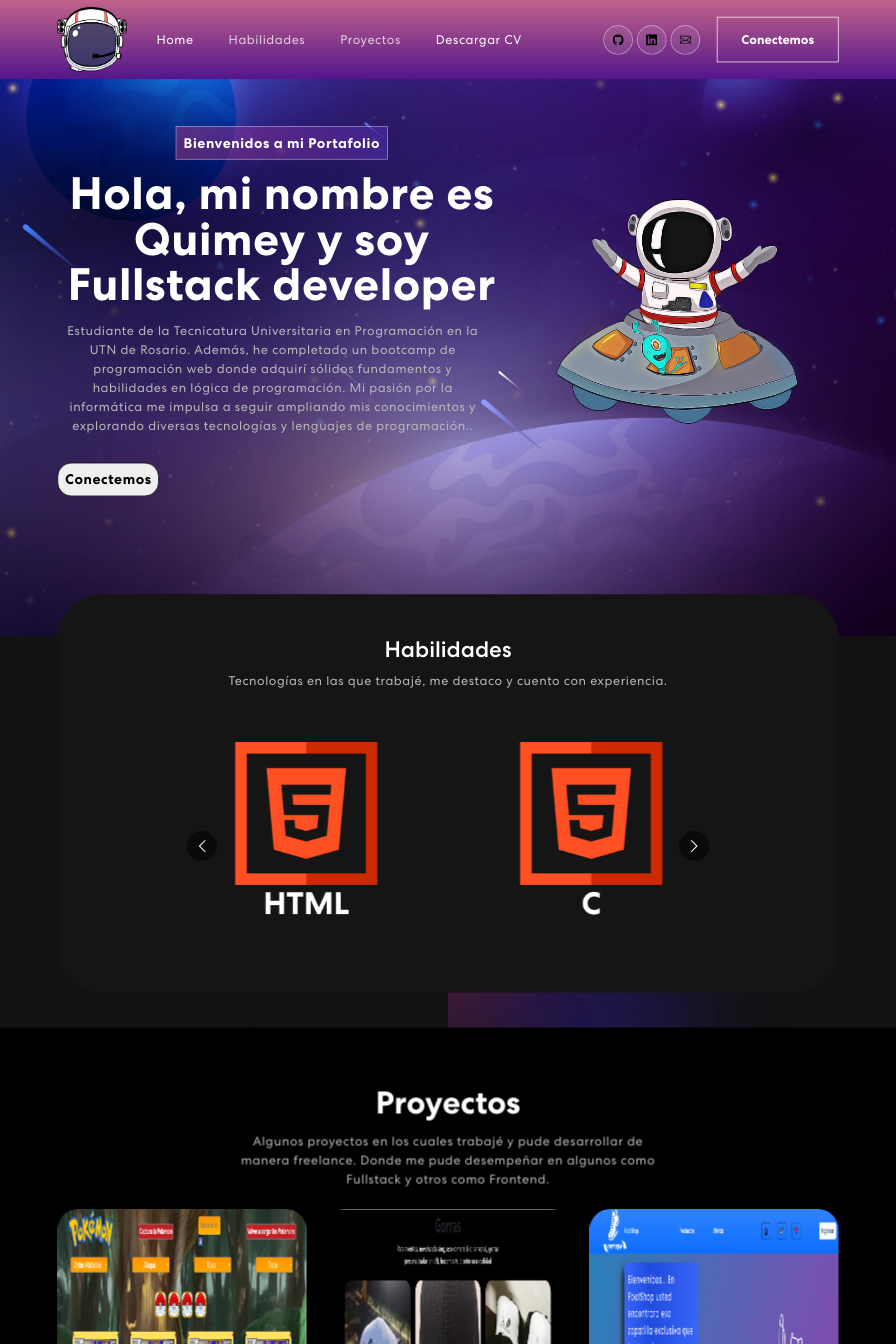
Repository: QuimeyAlejo/Portafolio-V2
Page: /
The author's editor kept a copy of each file at every save. The page is drawn from the files as they stood at one save, then again after the next save.
The browser window is 1280 px wide. The pictures show the part of the page from y = 0 to 1920 px (the page is 3204 px tall), at 70% of full size.
The project was rebuilt for these pictures with package versions that can differ from the ones it lists, and the page was loaded fresh each time. Imported but missing from the stored project, and not drawn on this page: src/components/Curriculum/QuimeyAlejoLopezDeveloper.pdf.

Above is the page before, as saved 2024-04-29 10:58:51.

### public/index.html
<!DOCTYPE html>
<html lang="en">
  <head>
    <meta charset="utf-8" />
    <link rel="icon" href="/gsd.png" />
    <meta name="viewport" content="width=device-width, initial-scale=1" />
    <meta name="theme-color" content="#000000" />
    <meta
      name="description"
      content="Web site created using create-react-app"
    />
    <link rel="apple-touch-icon" href="/gsd.png" />
    <!--
      manifest.json provides metadata used when your web app is installed on a
      user's mobile device or desktop. See https://developers.google.com/web/fundamentals/web-app-manifest/
    -->
    <link rel="manifest" href="%PUBLIC_URL%/manifest.json" />
    <!--
      Notice the use of %PUBLIC_URL% in the tags above.
      It will be replaced with the URL of the `public` folder during the build.
      Only files inside the `public` folder can be referenced from the HTML.

      Unlike "/favicon.ico" or "favicon.ico", "%PUBLIC_URL%/favicon.ico" will
      work correctly both with client-side routing and a non-root public URL.
      Learn how to configure a non-root public URL by running `npm run build`.
    -->
    <title>Quimey Alejo Lopez</title>
  </head>
  <body>
    <noscript>You need to enable JavaScript to run this app.</noscript>
    <div id="root"></div>
    <!--
      This HTML file is a template.
      If you open it directly in the browser, you will see an empty page.

      You can add webfonts, meta tags, or analytics to this file.
      The build step will place the bundled scripts into the <body> tag.

      To begin the development, run `npm start` or `yarn start`.
      To create a production bundle, use `npm run build` or `yarn build`.
    -->
  </body>
</html>

### src/pages/Home.jsx
import React from 'react'
import NavBar from '../components/NavBar/NavBar'
import Banner from '../components/Banner/Banner'
import Skills from '../components/Skills/Skills'
import Projects from '../components/Projects/Projects'
import Contact from '../components/Contact/Contact'
import Footer from '../components/Footer/Footer'

function Home() {
  return (
    <div>
        <NavBar/>
        <Banner />
        <Skills />
        <Projects />
        <Contact />
        <Footer />
    </div>
  )
}

export default Home

### src/components/NavBar/NavBar.jsx
import React, {useState, useEffect} from 'react';
import Container from 'react-bootstrap/Container';
import Nav from 'react-bootstrap/Nav';
import Navbar from 'react-bootstrap/Navbar';
import logo from '../../assets/img/logo.png';
import logogith from '../../assets/img/github.svg'
import logolink from '../../assets/img/linkedin.svg'
import logomail from '../../assets/img/envelope.svg'
import CV from '../Curriculum/QuimeyAlejoLopezDeveloper.pdf'



function NavBar() {

    const [activeLink, setActiveLink] = useState('home');
    const [scrolled, setScrolled] = useState(false)

    useEffect(() => {
        if (window.scrollY > 50) {
            setScrolled(true)
        }else{
            setScrolled(false)
        }

        window.addEventListener('scroll', onscroll)
        return () => window.removeEventListener('scroll', onscroll)
    }, [])

    const onUpdateActiveLink = (value) => {
        setActiveLink(value);
    }

  return (
    <Navbar expand="lg" className={scrolled ? 'scrolled' : '' }>
      <Container>
        <Navbar.Brand href="#home">
            <img className='imgLogo' src={logo} alt='logo'/>
        </Navbar.Brand>
        <Navbar.Toggle aria-controls="basic-navbar-nav">
            <span className='navbar-toggler-icon'></span>
        </Navbar.Toggle>
        <Navbar.Collapse id="basic-navbar-nav">
          <Nav className="me-auto">
          <Nav.Link href="#home" className={activeLink === 'home' ? 'active navbar-link' : 'navbar-link'} onClick={() => onUpdateActiveLink('home')}>Home</Nav.Link>
            <Nav.Link href="#skills" className={activeLink === 'skills' ? 'active navbar-link' : 'navbar-link'} onClick={() => onUpdateActiveLink('skills')}>Habilidades</Nav.Link>
            <Nav.Link href="#projects" className={activeLink === 'projects' ? 'active navbar-link' : 'navbar-link'} onClick={() => onUpdateActiveLink('projects')}>Proyectos</Nav.Link>

           <Nav.Link href={CV} download className={activeLink === 'home' ? 'active navbar-link' : 'navbar-link'}>Descargar CV</Nav.Link>
          </Nav>
          <span className="navbar-text">
            <div className="social-icon">
                <a href='https://github.com/QuimeyAlejo'><img src={logogith} alt='logogit'/></a>
                <a href='https://www.linkedin.com/in/quimey-alejo-lopez-199431202/'><img src={logolink} alt='logolinked'/></a>
                <a href='mailto:qalopez2000@gmail.com'><img src={logomail} alt="logomail" /></a>
            </div>
            <a href='mailto:qalopez2000@gmail.com'><button className='vvd'><span>Conectemos</span></button></a>
          </span>
        </Navbar.Collapse>
      </Container>
    </Navbar>
  )
}

export default NavBar

### src/components/Banner/Banner.jsx
import React, { useState, useEffect } from "react";
import { Col, Container, Row } from "react-bootstrap";
import Aos from "aos";
import "aos/dist/aos.css";
import headerImg from "../../assets/img/astronauta4.png";
import styles from "./banner.module.css";

function Banner() {
  const [loopNum, setLoopNum] = useState(0);
  const [isDeleting, setIsDeleting] = useState(false);
  const [text, setText] = useState("");
  const [delta, setDelta] = useState(300 - Math.random() * 100);
  const toRotate = ["Fullstack developer"];
  const period = 2000;

  useEffect(() => {
    let ticker = setInterval(() => {
      tick();
    }, delta);

    return () => {
      clearInterval(ticker);
    };
  }, [text]);

  function tick() {
    let i = loopNum % toRotate.length;
    let fullText = toRotate[i];
    let updatedText = isDeleting
      ? fullText.substring(0, text.length - 1)
      : fullText.substring(0, text.length + 1);

    setText(updatedText);

    if (isDeleting) {
      setDelta((prevDelta) => prevDelta / 2);
    }

    if (!isDeleting && updatedText === fullText) {
      setIsDeleting(true);
      setDelta(period);
    } else if (isDeleting && updatedText === "") {
      setIsDeleting(false);
      setLoopNum(loopNum + 1);
      setDelta(500);
    }
  }

  useEffect(() => {
    Aos.init({ duration: 1000 });
  }, []);

  return (
    <section className={styles.banner} id="home">
      <Container>
        <Row className="align-items-center">
          <Col xs={12} md={6} xl={7}>
            <div className="" data-aos="fade-right">
              <span className={styles.tagline}>
                Bienvenidos a mi Portafolio
              </span>
              <h1>
                {"Hola, mi nombre es Quimey y soy "}
                <span className={styles.wrap}>{text}</span>
              </h1>
              <p>
             Estudiante de la Tecnicatura Universitaria en Programación en la UTN de Rosario. Además, he
completado un bootcamp de programación web donde adquirí sólidos fundamentos y habilidades en
lógica de programación. Mi pasión por la informática me impulsa a seguir ampliando mis
conocimientos y explorando diversas tecnologías y lenguajes de programación..{" "}
              </p>
              <a href='mailto:devquimeyalopez@gmail.com'>
                <button>Conectemos</button>
              </a>
            </div>
          </Col>
          <Col xs={12} md={6} xl={5}>
            <div className="" data-aos="fade-left">
              <img
                className={styles.imgBanner}
                src={headerImg}
                alt="Headder Img"
              />
            </div>
          </Col>
        </Row>
      </Container>
    </section>
  );
}

export default Banner;

### src/components/Skills/Skills.jsx
import React from 'react'
import styles from './skills.module.css'
import { Container, Row, Col } from 'react-bootstrap';
import Carousel from 'react-multi-carousel';
import logohtml from '../../assets/img/html.png'
import logocss from '../../assets/img/css.png'
import logojs from '../../assets/img/javascript.png'
import logoreact from '../../assets/img/react.png'
import logoredux from '../../assets/img/redux.png'
import logobootstrap from '../../assets/img/bootstrap.png'
import logonode from '../../assets/img/node.png'
import logoexpress from '../../assets/img/express.png'
import logopost from '../../assets/img/postgresql.png'
import logoseq from '../../assets/img/sequelize.png'
import colorSharp from '../../assets/img/color-sharp.png'
import logoC from "../../assets/img/C.png"

function Skills() {
    const responsive = {
        superLargeDesktop: {
          // the naming can be any, depends on you.
          breakpoint: { max: 4000, min: 3000 },
          items: 5
        },
        desktop: {
          breakpoint: { max: 3000, min: 1024 },
          items: 3
        },
        tablet: {
          breakpoint: { max: 1024, min: 464 },
          items: 2
        },
        mobile: {
          breakpoint: { max: 464, min: 0 },
          items: 1
        }
      };
  return (
    <section className={styles.skill} id='skills'>
        <Container>
            <Row>
                <Col>
                    <div className={styles.skillbx}>
                        <h2>
                            Habilidades
                        </h2>
                        <p>Tecnologías en las que trabajé, me destaco y cuento con experiencia.</p>
                        <Carousel responsive={responsive} infinite={true} className={styles.skillSlider}>
                            <div className={styles.image}>
                                <img className={styles.imgCar} src={logohtml} alt="logo html" />
                                <h5>HTML</h5>
                            </div>
                            <div className={styles.image}>
                                <img className={styles.imgCar} src={logohtml} alt="logo html" />
                                <h5>C</h5>
                            </div>
                            <div className={styles.image}>
                                <img className={styles.imgCar} src={logocss} alt="logo css" />
                                <h5>CSS</h5>
                            </div>
                            <div className={styles.image}>
                                <img className={styles.imgCar} src={logojs} alt="logo js" />
                                <h5>JavaScript</h5>
                            </div>
                            <div className={styles.image}>
                                <img className={styles.imgCar} src={logoreact} alt="logo react" />
                                <h5>React Js</h5>
                            </div>
                            <div className={styles.image}>
                                <img className={styles.imgCar} src={logoredux} alt="logo redux" />
                                <h5>Redux</h5>
                            </div>
                            <div className={styles.image}>
                                <img className={styles.imgCar} src={logobootstrap} alt="logo bootstrap" />
                                <h5>Bootstrap</h5>
                            </div>
                            <div className={styles.image}>
                                <img className={styles.imgCar} src={logonode} alt="logo node" />
                                <h5>Node Js</h5>
                            </div>
                            <div className={styles.image}>
                                <img className={styles.imgCar} src={logoexpress} alt="logo express" />
                                <h5>Express Js</h5>
                            </div>
                            <div className={styles.image}>
                                <img className={styles.imgCar} src={logopost} alt="logo postgresql" />
                                <h5>PostgreSQL</h5>
                            </div>
                            <div className={styles.image}>
                                <img className={styles.imgCar} src={logoseq} alt="logo sequelize" />
                                <h5>Sequelize</h5>
                            </div>
                        </Carousel>
                    </div>
                </Col>
            </Row>
        </Container>
        <img className={styles.backgroundImageLeft} src={colorSharp} alt="colorsharp" />
    </section>
  )
}

export default Skills

### src/components/Footer/Footer.jsx
import React from 'react';
import { Col, Container, Row } from 'react-bootstrap';
import logo from '../../assets/img/logo.png';
import logogith from '../../assets/img/github.svg';
import logolink from '../../assets/img/linkedin.svg';
import logomail from '../../assets/img/envelope.svg'
import './footer.css'


function Footer() {
  return (
    <footer className='footer'>
        <Container>
            <Row className='align-item-center'>
                <Col sm={6}>
                    <img className='imgLogo' src={logo} alt="logo footer" />
                </Col>
                <Col sm={6} className='text-center text-sm-end'>
                    <div className='social-icon'>
                        <a href='https://github.com/QuimeyAlejo'> <img src={logogith} alt="logo gith" /> </a>
                        <a href='https://www.linkedin.com/in/quimey-alejo-lopez-199431202/'> <img src={logolink} alt="logo link" /> </a>
                        <a href='devquimeyalopez@gmail.com'><img src={logomail} alt="logomail" /></a>
                    </div>
                    <p>CopyRight 2024. All Right Reserved</p>
                </Col>
            </Row>
        </Container>
    </footer>
  )
}

export default Footer

### src/components/Banner/banner.module.css
.imgBanner{
    width: 100%;
}
.banner{
    margin-top: -80px;
    padding: 260px 0 200px 0;
    background-image: url(../../assets/img/5437630.jpg);
    /* background-image: url(../../assets/img/html.jpg); */
    background-position: top center;
    background-size: cover;
    background-repeat: no-repeat;
}
.banner .tagline {
    font-weight: 700;
    letter-spacing: 0.8px;
    padding: 8px 10px;
    background: linear-gradient(90.21deg, rgba(170, 54, 124, 0.5) -5.91%, rgba(74, 47, 189, 0.5) 111.58%);
    border: 1px solid rgba(255, 255, 255, 0.5);
    font-size: 20px;
    margin-bottom: 16px;
    display: inline-block;
}
.banner h1 {
    font-size: 65px;
    font-weight: 700;
    letter-spacing: 0.8px;
    line-height: 1;
    margin-bottom: 20px;
    display: block;
}
.banner p {
    color: #b8b8b8;
    font-size: 18px;
    letter-spacing: 0.8px;
    line-height: 1.5em;
    width: 96%;
}
.banner button {
    /* color: #fff; */
    font-weight: 700;
    font-size: 20px;
    padding: 8px 10px;
    border: 1px solid black;
    border-radius: 20px;
    margin-top: 40px;
    letter-spacing: 0.8px;
    display: flex;
    align-items: center;
}
.banner a {
    text-decoration: none;
}
.banner button svg {
    margin-left: 5px;
}
.banner button:hover svg {
    margin-left: 25px;
}
.banner img {
    animation: updown 3s linear infinite;
}
@keyframes updown {
    0% {
        transform: translateY(-20px);
    }
    50% {
        transform: translateY(20px);
    }
    100% {
        transform: translateY(-20px);
    }
}
.txt-rotate > .wrap {
    border-right: 0.08em solid #666;
}

### src/components/Skills/skills.module.css
.skill {
    padding: 0 0 50px 0;
    position: relative;
}
.skillbx {
    background: #151515;
    border-radius: 64px;
    text-align: center;
    padding: 60px 50px;
    margin-top: -60px;
}
.skill h5 {
    font-size: 45px;
    font-weight: 700;
}
.skill p {
    color: #b8b8b8;
    font-size: 18px;
    letter-spacing: 0.8px;
    line-height: 1.5rem;
    margin: 14px 0 75px 0;
}
.skillSlider {
    width: 80%;
    margin: 0 auto;
    position: relative;
}
.skillSlider .item img{
    width: 50%;
    margin: 0 auto 15px auto;
}
.imgCar {
    width: 50%;
}
.backgroundImageLeft {
    top: 28%;
    position: absolute;
    bottom: 0;
    width: 40%;
    z-index: -4;
}

### src/components/Projects/projects.module.css
.project {
    padding: 80px 0;
    position: relative;
    background-color: black;
}
.project h2 {
    font-size: 45px;
    font-weight: 700;
    text-align: center;
}
.project p {
    color: #b8b8b8;
    font-size: 18px;
    letter-spacing: 0.8px;
    line-height: 1.5em;
    margin: 14px auto 30px auto;
    text-align: center;
    width: 56%;
}
.project .nav.nav-pills {
    width: 72%;
    margin: 0 auto;
    border-radius: 50px;
    background-color: rgb(255, 255, 255 / 10%);
    overflow: hidden;
}
.project .nav.nav-pills .nav-item {
    width: 33.33333%;
}
.project .nav.nav-pills .nav-link {
    background-color: transparent;
    border-radius: 0;
    padding: 17px 0;
    color: #fff;
    width: 100%;
    font-size: 17px;
    letter-spacing: 0.8px;
    font-weight: 500;
    position: relative;
    transition: 0.3s ease-in-out;
    text-align: center;
    z-index: 0;
}
.project .nav.nav-pills .nav-link::before {
    content: '';
    position: absolute;
    width: 0;
    height: 100%;
    background: linear-gradient(90.21deg, #AA367C -5.91%, #4A2FBD 111.58%);
    top: 0;
    left: 0;
    z-index: -1;
    transition: 0.3s ease-in-out;
}
.project .nav.nav-pills .nav-link.active::before {
    width: 100% !important;
}
.project .nav.nav-pills .nav-link.active {
    border: 1px solid rgba(255, 255, 255, 1);
}
.nav-link#projects-tabs-tab-first {
    border: 1px solid rgba(255, 255, 255, 0.5);
    border-radius: 55px 0px 0px 0px;
}
.nav-link#projects-tabs-tab-second {
    border-top: 1px solid rgba(255, 255, 255, 0.5);
    border-bottom: 1px solid rgba(255, 255, 255, 0.5);
}
.nav-link#projects-tabs-tab-third {
    border: 1px solid rgba(255, 255, 255, 0.5);
    border-radius: 0 55px 0;
}
.backgroundimageright {
    top: 20%;
    position: absolute;
    bottom: 0;
    width: 35%;
    right: 0;
    z-index: -4;
}
/* -----------------------CARD -------------------------------------------------*/
.projimgbx {
    position: relative;
    border-radius: 30px;
    overflow: hidden;
    margin-bottom: 24px;
    height: 90%;
}
.projimgbx img {
height: 420px;
}
.projimbgx::before {
    content: '';
    background: linear-gradient(90.21deg, #AA367C -5.91%, #4A2FBD 111.58%);
    opacity: 0.85;
    position: absolute;
    width: 100%;
    height: 0;
    transition: 0.4s ease-in-out;
}
.projimgbx:hover::before {
    height: 100%;
}
.projtxtx {
    position: absolute;
    text-align: center;
    top: 65%;
    left: 50%;
    transform: translate(-50%, -50%);
    transition: 0.5s ease-in-out;
    opacity: 0;
    width: 100%;
}
.projimgbx:hover .projtxtx {
    top: 50%;
    opacity: 1;
    background-color: black;
    border: 1px solid;
    border-radius: 10px;
}
.projtxtx h4 {
    font-size: 30px;
    font-weight: 700;
    letter-spacing: 0.8px;
    line-height: 1.1em;
}
.projtxtx span {
    font-size: italic;
    font-weight: 400;
    font-size: 15px;
    letter-spacing: 0.8px;
}
.buttonCard{
    font-weight: 700;
    font-size: 14px;
    padding: 8px 10px;
    border: 1px solid black;
    border-radius: 20px;
    letter-spacing: 0.8px;
    margin-left: 10px;
}
.buttonCard:hover svg{
    margin-left: 10px;
}

### src/components/Contact/contact.css
.contact {
  background: linear-gradient(90.21deg, #aa367c -5.91%, #4a2fbd 111.58%);
  padding: 100px 0 200px 0;
}
.contact img {
  width: 92%;
}
.contact h2 {
  font-size: 45px;
  font-weight: 700;
  margin-bottom: 30px;
}
.contact form input,
.contact form textarea {
  width: 100%;
  background: rgba(255, 255, 255, 0.1);
  border: 1px solid rgba(255, 255, 255, 0.5);
  border-radius: 20px;
  color: #fff;
  margin: 0 0 8px 0;
  padding: 18px 26px;
  font-weight: 500;
  font-size: 18px;
  letter-spacing: 0.8px;
  transition: 0.3s ease-in-out;
}
.containerInput {
    display: flex;
}
#inputEm {
    width: 96%;
    margin-left: 2%;
}
.contact form input:focus,
.contact form textarea:focus {
  background: rgba(255, 255, 255, 1);
  color: #121212;
}
.contact form input::placeholder,
.contact form textarea::placeholder {
  font-size: 16px;
  font-weight: 400;
  color: #fff;
}
.contact form input:focus::placeholder,
.contact form textarea:focus::placeholder {
  color: #121212;
  opacity: 0.8;
}
.contact form button {
  font-weight: 700;
  color: #000;
  background-color: #fff;
  padding: 14px 48px;
  font-size: 18px;
  margin-top: 25px;
  border-radius: 0;
  position: relative;
  transition: 0.3s ease-in-out;
  border-radius: 18px;
}
.contact form button span {
    z-index: 1;
    position: relative;
}
.contact form button:hover {
    color: #fff;
    border-radius: 18px;
}
.contact form button::before {
    content: "";
    background: #121212;
    width: 0;
    height: 100%;
    position: absolute;
    top: 0;
    left: 0;
    z-index: 0;
    transition: 0.3s ease-in-out;
    border-radius: 18px;
  }
  .contact form button:hover::before {
    width: 100%;
    border-radius: 18px;
  }

### src/components/Footer/footer.css
.footer {
    padding: 50px 0 50px 0;
    background-image: url(../../assets/img/footerbg.png);
    background-position: center center;
    background-size: cover;
    background-repeat: no-repeat;
}
.footer img {
    width: 26%;
}
.footer p {
    font-weight: 400;
    font-size: 14px;
    color: #b8b8b8;
    letter-spacing: 0.5px;
    margin-top: 20px;
}

Loaded but not shown: src/index.js (common file); src/index.css (common file); src/reportWebVitals.js (common file); src/App.js (14 lines, source omitted); src/components/Projects/Projects.jsx (140 lines, source omitted); src/App.css (246 lines, source omitted); src/components/Contact/Contact.jsx (144 lines, source omitted)

After the next save:
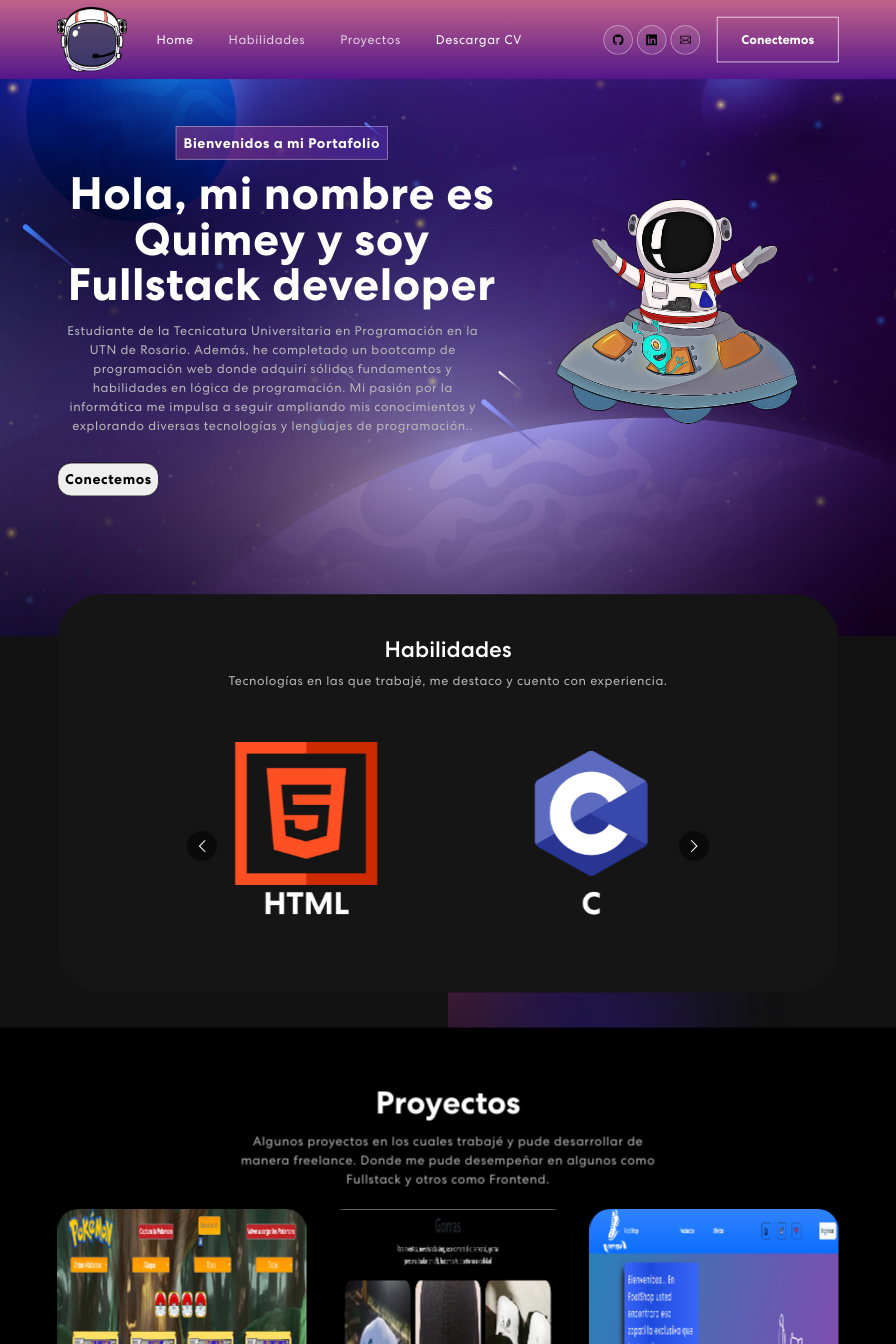
Saved 11 s later.
--- a/src/components/Skills/Skills.jsx
+++ b/src/components/Skills/Skills.jsx
@@ -51,7 +51,7 @@
                                 <h5>HTML</h5>
                             </div>
                             <div className={styles.image}>
-                                <img className={styles.imgCar} src={logohtml} alt="logo html" />
+                                <img className={styles.imgCar} src={logoC} alt="logo html" />
                                 <h5>C</h5>
                             </div>
                             <div className={styles.image}>
